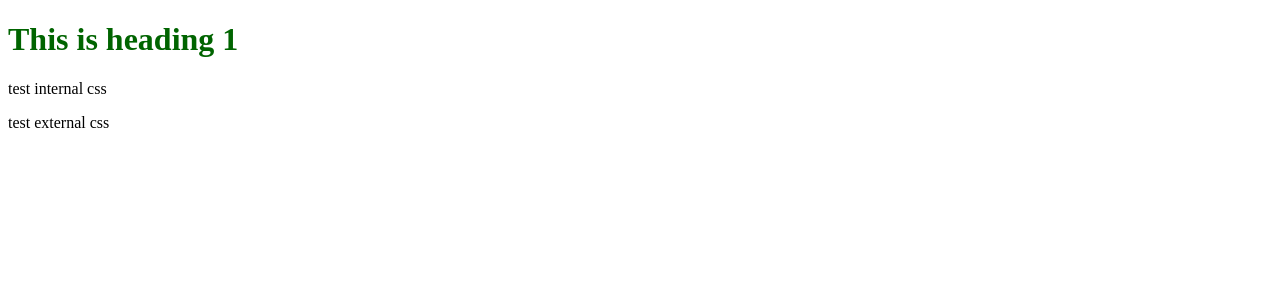
Repository: congle98/CSS_CachNhungCSS
Page: index.html
These files come from the project's save history. The page is drawn as it stood at one moment and after a run of saves; the edit follows.
The browser window is 1280 px wide. The pictures show the whole page.

Above is the page before, as saved 2021-05-26 11:53:54.

### index.html
<!DOCTYPE html>
<html lang="en">
<head>
    <meta charset="UTF-8">
    <meta http-equiv="X-UA-Compatible" content="IE=edge">
    <meta name="viewport" content="width=device-width, initial-scale=1.0">
    <title>Document</title>

</head>
<body>
    <h1 style="color: darkgreen;">This is heading 1</h1>
    <p id="internal">test internal css</p>
    <p id="">test external css</p>
</body>
</html>

After the next 4 saves:
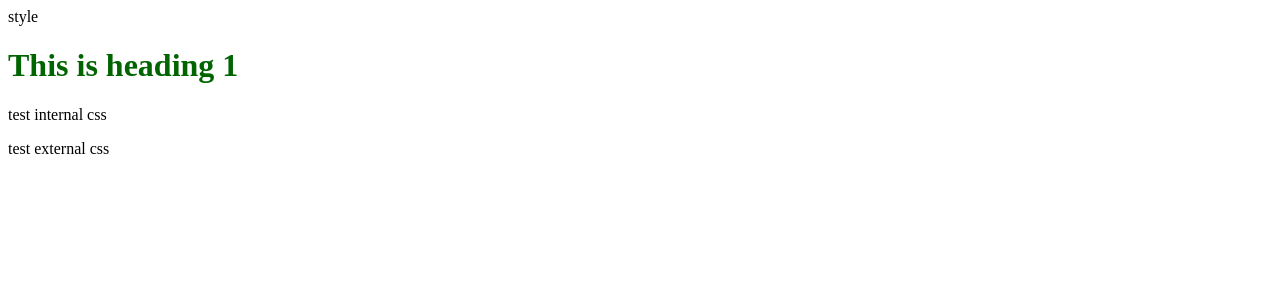
The 4 saves are shown as one change because they came seconds apart.
The last was saved 12 s later.
--- a/index.html
+++ b/index.html
@@ -5,11 +5,12 @@
     <meta http-equiv="X-UA-Compatible" content="IE=edge">
     <meta name="viewport" content="width=device-width, initial-scale=1.0">
     <title>Document</title>
+    style
 
 </head>
 <body>
     <h1 style="color: darkgreen;">This is heading 1</h1>
     <p id="internal">test internal css</p>
-    <p id="">test external css</p>
+    <p id="external">test external css</p>
 </body>
 </html>
